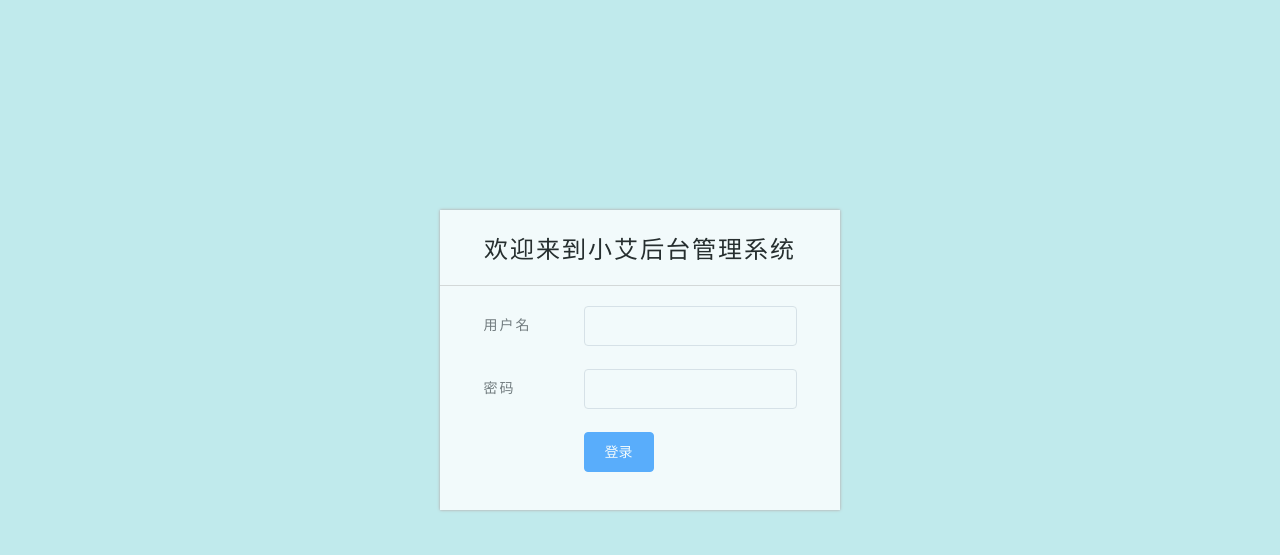
Repository: noob-injoker/router-slots-cw-ee
Page: /Login
These files come from the project's save history. The page is drawn as it stood at one moment and after the next save; the edit follows.
The browser window is 1280 px wide. The pictures show the whole page.
The project was rebuilt for these pictures with package versions that can differ from the ones it lists, and the page was loaded fresh each time. Also part of the build but not shown: vue.config.js, src/views/Home.vue, src/views/Layout.vue.

Above is the page before, as saved 2020-08-29 19:39:37.

After the next save:
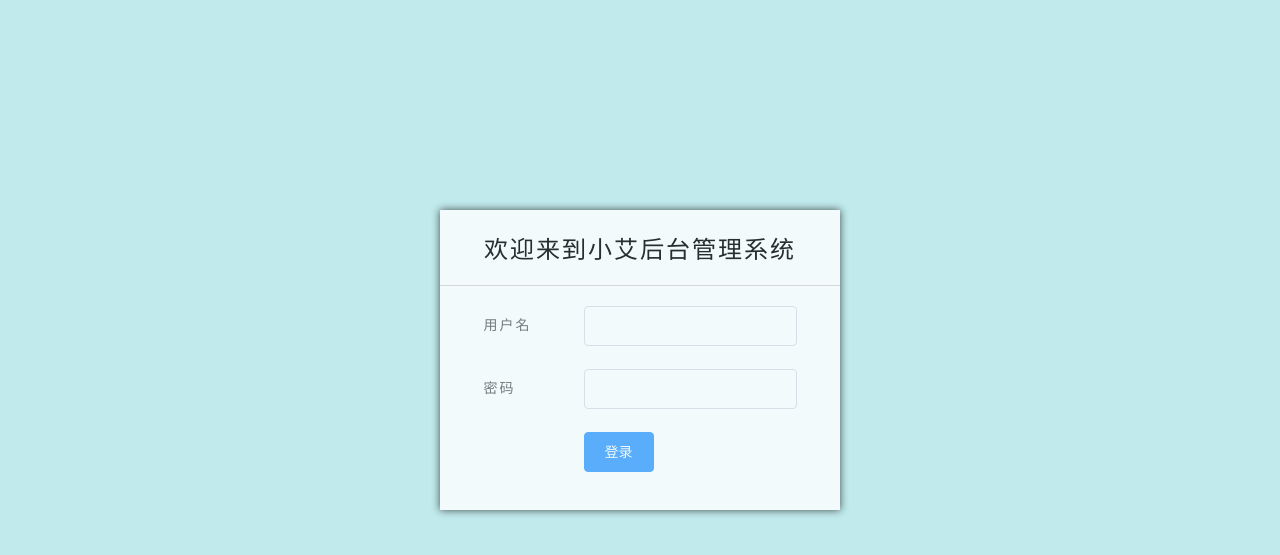
Saved 34 s later.
--- a/src/views/Login.vue
+++ b/src/views/Login.vue
@@ -146,7 +146,7 @@ export default {
   width: 400px;
   height: 300px;
   background: white;
-  box-shadow: 0 0 3px rgb(177, 140, 140);
+  box-shadow: 0 0 8px rgb(34, 33, 33);
   display: flex;
   flex-direction: column;
   align-items: center;
